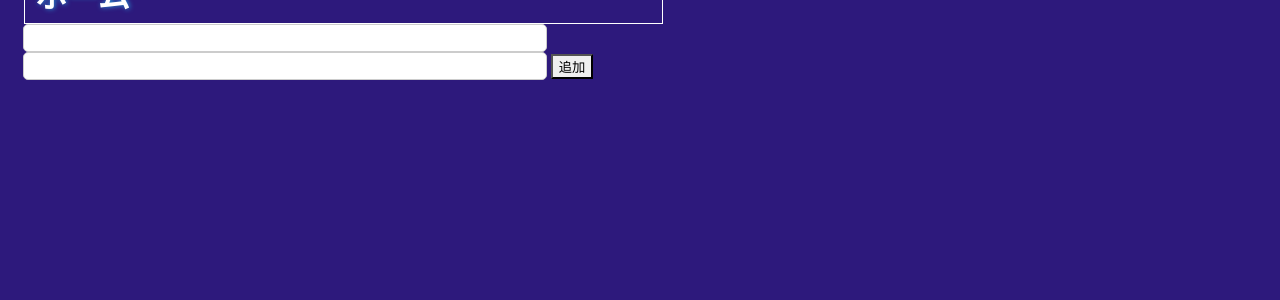
Repository: azuma2/tui2b
Page: http://localhost/
These files come from the project's save history. The page is drawn as it stood at one moment and after the next save; the edit follows.
The browser window is 1280 px wide. The pictures show the whole page.
The page is served by the project's Laravel application, run on PHP 8.4 with Laravel 8. Queries for data that is not in the repository find no rows.

Above is the page before, as saved 2022-03-28 18:17:30.

After the next save:
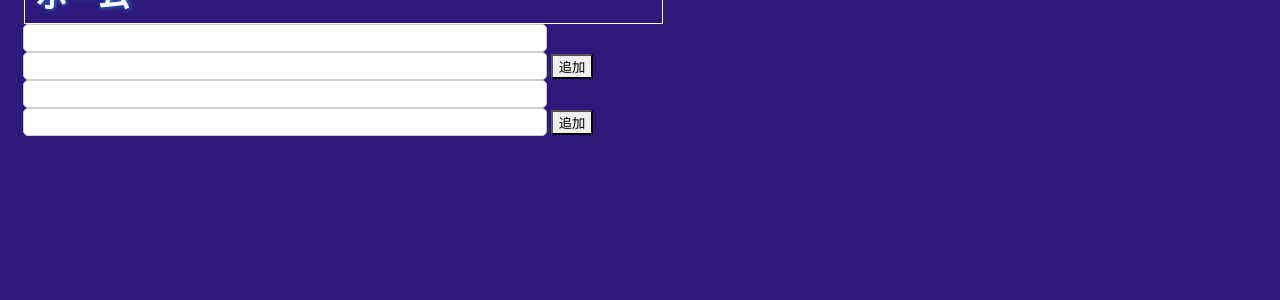
Saved 8 min 4 s later.
--- a/resources/views/index.blade.php
+++ b/resources/views/index.blade.php
@@ -137,7 +137,12 @@ font-size:28px;
           <input class="button" type="submit" value="追加" />
         </form>
 
-
+        <form action="/tui2/create" method="post">
+            @csrf
+          <input type="text" class="input-add" name="name" />
+          <input type="text" class="input-add" name="content" />
+          <input class="button" type="submit" value="追加" />
+        </form>
 
 
           @csrf
